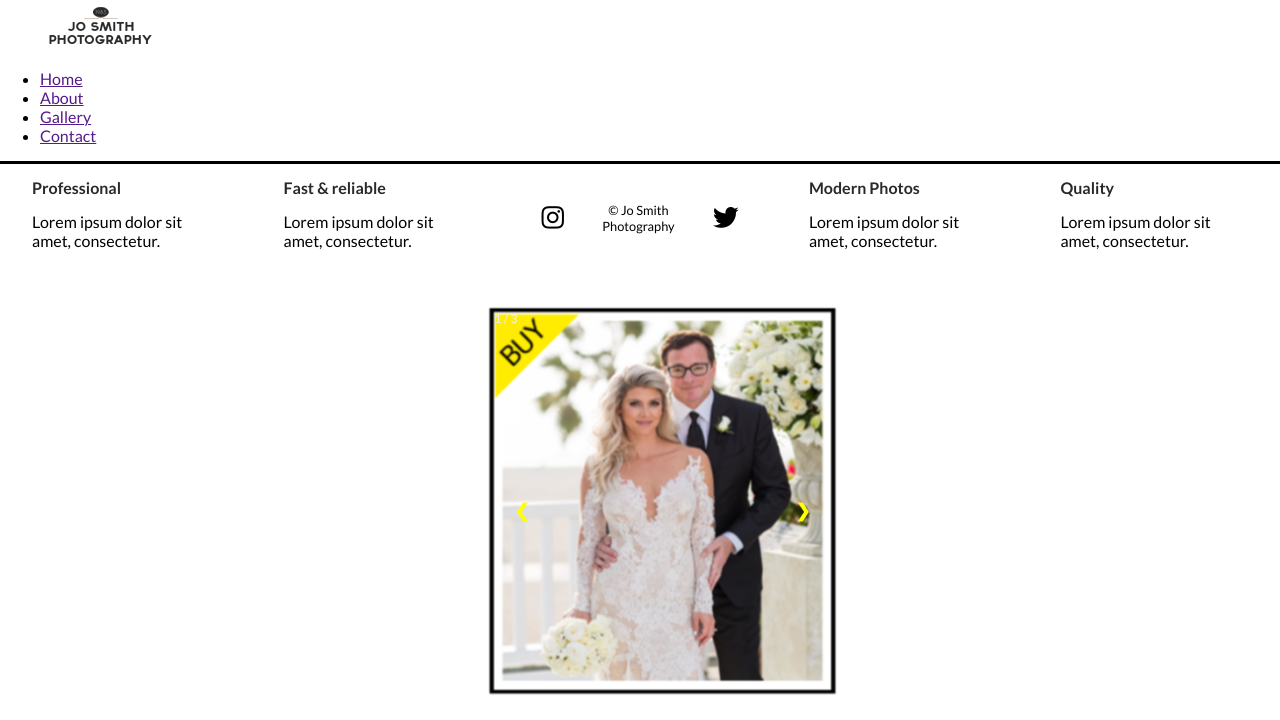
Repository: CallumS19/Jo-Smith-Photography
Page: workspace/about.html
The author's editor kept a record of every edit. The page is drawn from the files as they stood at one moment, then again after the next edit.
The browser window is 1280 px wide. The pictures show the whole page.
Some web libraries are served in a nearby version.

Above is the page before.
Console error: TypeError: Cannot read properties of undefined (reading 'className')

### workspace/about.html
<!DOCTYPE html>
<html>
    <head>
        <title>Jo Smith Photography</title>
        <meta name="viewport" content="width=device-width, initial-scale=1">
        <link rel="stylesheet" href="css/style.css" type="text/css" />
        <link rel="stylesheet" href="https://use.fontawesome.com/releases/v5.8.1/css/all.css" crossorigin="anonymous">
        <link href="https://fonts.googleapis.com/css?family=Lato:100,300,400,700,900" rel="stylesheet">
    </head>
    <body>
        <div class="nav-logo-placement">
            <img id="nav-logo" src="images/Jo_Smith_Logo.png" alt="Jo Smith Photography Logo">
        </div>
        <ul class="navigation">
            <li><a href="">Home</a></li>
            <li><a href="">About</a></li>
            <li><a href="">Gallery</a></li>
            <li><a href="">Contact</a></li>
        </ul>

        <div class="page-content">
            <div id="content-wrap">
                <div class="slideshow-container">
                    <div class="JoSlides fade">
                        <div class="numbertext">1 / 3</div>
                        <img id="Product_Placement" src="images/Product_1.png" alt="Product Placement Image">
                    </div>

                    <div class="JoSlides fade">
                        <div class="numbertext">1 / 3</div>
                        <img id="Product_Placement" src="images/Product_2.png" alt="Product Placement Image">
                    </div>

                    <div class="JoSlides fade">
                        <div class="numbertext">1 / 3</div>
                        <img id="Product_Placement" src="images/Product_3.png" alt="Product Placement Image">
                    </div>
                      <!-- Next and previous buttons -->
                      <a class="prev" onclick="plusSlides(-1)">&#10095;</a>
                      <a class="next" onclick="plusSlides(1)">&#10094;</a>
                </div>
            </div>
        </div>

        <script type="text/javascript" src="js/JoSlides.js"></script>


        <footer>
            <div class="container">
                <label id="Professional-tab">Professional</label>
                <div class="desc">Lorem ipsum dolor sit amet, consectetur.</div>
            </div>

            <div class="container">
                <label id="Fast-Reliable-tab">Fast & reliable</label>
                <div class="desc">Lorem ipsum dolor sit amet, consectetur.</div>
            </div>

            <div class="footer-middle">
                <p><i class="fab fa-instagram"></i></p>
                <p>&copy; Jo Smith Photography</p>
                <p><i class="fab fa-twitter"></i></p>
            </div>

            <div class="container">
                <label id="Modern-tab">Modern Photos</label>
                <div class="desc">Lorem ipsum dolor sit amet, consectetur.</div>
            </div>

            <div class="container">
                <label id="Quality-tab">Quality</label>
                <div class="desc">Lorem ipsum dolor sit amet, consectetur.</div>
            </div>
        </footer>
    </body>
</html>

### workspace/css/style.css
body {
    overflow-x: hidden;
    margin: 0;
    padding: 0;
    font-family: 'Lato', sans-serif;
}
/* Navigation Start*/
nav {
    width: 100%;
    position: fixed;
    top: 0;
    z-index: 4;
}

nav .container {
    width: 100%;
    max-width: 880px;
    margin: 0 auto;
    padding: 10px 0;
    display: flex;
    justify-content: space-between;
    align-items: center;
}

nav .logo img {
    width: 100%;
    height: 100%;
    display: block;
}

nav .list a {
    background-color: transparent;
    text-decoration: none;
    text-transform: capitalize;
    color: #000;
    font-size: 20px;
    font-weight: 700;
    margin: 0 8px;
    transition: .5s ease-in-out;
}
/* Navigation End */

.main {
    width: 100%;
    background: url('../images/slider_img_1.png') no-repeat center center;
    background-size: cover;
    background-attachment: fixed;
    position: relative;
    min-height: 100vh;
}

.main .overlay {
    position: absolute;
    top: 0;
    right: 0;
    bottom: 0;
    left: 0;
    background: #000;
    opacity: .2;
}
/*Picture Frames*/
.pictures {
  width: 100%;
  padding: 70px 0;
}

.pictures .container {
  display: flex;
  justify-content: space-between;
  max-width: 1350px;
  margin: 0 auto;
  flex-wrap: wrap;
}

.pictures .p-frame {
  margin: 40px 0;
  transition: .6s ease-in-out;
  perspective: 300px;
}

.statistics {
    width: 100%;
    padding: 100px 0;
}

.statistics .container {
    display: flex;
    justify-content: space-between;
    max-width: 1350px;
    margin: 0 auto;
    flex-wrap: wrap;
}

.statistics .p-frame {
    margin: 40px 0;
    width: 100%;
    transition: .6s ease-in-out;
}

.stat h4 {
  text-align: center;
}


.divider {
  width: 100%;
  margin: 0;
  border: 1px solid #000;
}

/* Footer Start */
footer {
    padding: 0;
    background-color: #fff;
    display: flex;
    align-items: flex-start;
    justify-content: center;
    width: 100vw;
    bottom: 0;
    height: 15vh;
    border-top: 3px solid #000;
}

.footer-middle {
    padding: 0;
    background-color: #fff;
    display: flex;
    align-items: center;
    justify-content: center;
    bottom: 0;
    height: 15vh;
    text-align: center;
}

footer p {
    font-size: 0.8em;
    font-weight: 400;
}

.fab {
    margin: 0 1.5em;
    font-size: 2em;
}

.container {
  margin: 0 2em;
}

.container > #Modern-tab, #Professional-tab, #Quality-tab, #Fast-Reliable-tab {
  line-height: 3em;
}

.container label {
  color: #292929;
  font-weight: 700;
}

/* Footer End */

/* Testing */

.content-wrap {
  width: 100vw;
  height: 80vh;
  position: relative;
  overflow: hidden;
  background: #120103;
  color: #fff;
  text-align: center;
}

/* Slideshow Start */
.slideshow-container {
    max-width: 315px;
    position: relative;
    margin: auto;
    position: absolute;
    top: 70%;
    left: 50%;
    transform: translate(-50%, -50%);
}

/* Hide the images by default */
.JoSlides {
  display: none;
}

/* Next & previous buttons */
.prev, .next {
  cursor: pointer;
  position: absolute;
  top: 50%;
  width: auto;
  margin-top: -22px;
  padding: 16px;
  color: Yellow;
  font-weight: bold;
  font-size: 18px;
  transition: 0.6s ease;
  border-radius: 0 3px 3px 0;
  user-select: none;
  margin-right: 14em;
  margin-left: 16.5em;
}

/* Position the "next button" to the right */
.next {
  right: 0;
  border-radius: 3px 0 0 3px;
}

/* On hover, add a black background color with a little bit see-through */
.prev:hover, .next:hover {
  background-color: rgba(0,0,0,0.8);
}

/* Number text (1/3 etc) */
.numbertext {
  color: #f2f2f2;
  font-size: 12px;
  padding: 8px 12px;
  position: absolute;
  top: 0;
}

.active, .dot:hover {
  background-color: #717171;
}

/* Fading animation */
.fade {
  -webkit-animation-name: fade;
  -webkit-animation-duration: 1.5s;
  animation-name: fade;
  animation-duration: 1.5s;
}

@-webkit-keyframes fade {
  from {opacity: .4}
  to {opacity: 1}
}

@keyframes fade {
  from {opacity: .4}
  to {opacity: 1}
}

### workspace/js/JoSlides.js
var slideIndex = 1;
showSlides(slideIndex);

// Next/previous controls
function plusSlides(n) {
  showSlides(slideIndex += n);
}

// Thumbnail image controls
function currentSlide(n) {
  showSlides(slideIndex = n);
}

function showSlides(n) {
  var i;
  var slides = document.getElementsByClassName("JoSlides");
  var dots = document.getElementsByClassName("dot");
  if (n > slides.length) {slideIndex = 1}
  if (n < 1) {slideIndex = slides.length}
  for (i = 0; i < slides.length; i++) {
      slides[i].style.display = "none";
  }
  for (i = 0; i < dots.length; i++) {
      dots[i].className = dots[i].className.replace(" active", "");
  }
  slides[slideIndex-1].style.display = "block";
  dots[slideIndex-1].className += " active";
}

After the next edit:
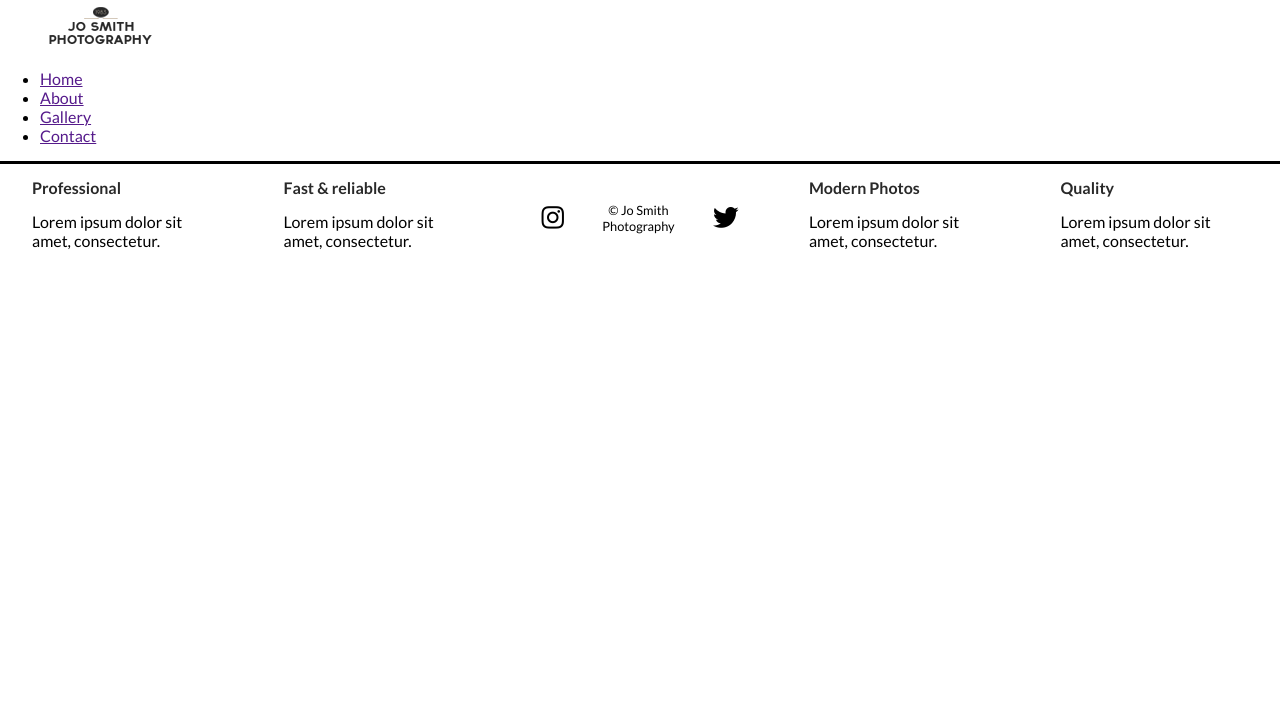
The error is gone.
The edit:
--- a/workspace/about.html
+++ b/workspace/about.html
@@ -19,30 +19,8 @@
         </ul>
 
         <div class="page-content">
-            <div id="content-wrap">
-                <div class="slideshow-container">
-                    <div class="JoSlides fade">
-                        <div class="numbertext">1 / 3</div>
-                        <img id="Product_Placement" src="images/Product_1.png" alt="Product Placement Image">
-                    </div>
-
-                    <div class="JoSlides fade">
-                        <div class="numbertext">1 / 3</div>
-                        <img id="Product_Placement" src="images/Product_2.png" alt="Product Placement Image">
-                    </div>
-
-                    <div class="JoSlides fade">
-                        <div class="numbertext">1 / 3</div>
-                        <img id="Product_Placement" src="images/Product_3.png" alt="Product Placement Image">
-                    </div>
-                      <!-- Next and previous buttons -->
-                      <a class="prev" onclick="plusSlides(-1)">&#10095;</a>
-                      <a class="next" onclick="plusSlides(1)">&#10094;</a>
-                </div>
-            </div>
         </div>
 
-        <script type="text/javascript" src="js/JoSlides.js"></script>
 
 
         <footer>
